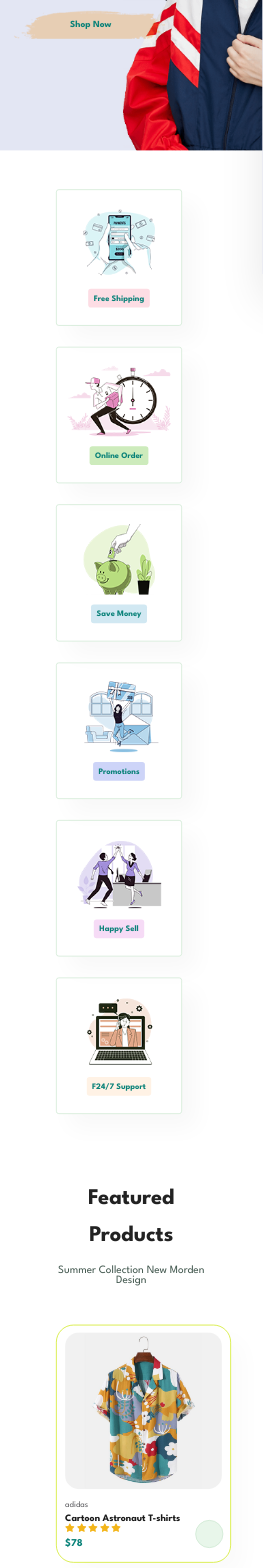
Repository: quy261001/cara
Page: index.html
The author's editor kept a copy of each file at every save. The page is drawn from the files as they stood at one save, then again after the next save.
The browser window is 375 px wide. The pictures show the part of the page from y = 409 to 2649 px (the page is 10728 px tall before and 10401 px after), at 70% of full size.

Above is the page before, as saved 2022-05-03 00:10:28.

### index.html
<!DOCTYPE html>
<html lang="en">
<head>
  <meta charset="UTF-8">
  <meta http-equiv="X-UA-Compatible" content="IE=edge">
  <meta name="viewport" content="width=device-width, initial-scale=1.0">
  <link rel="stylesheet" href="style.css">
  <title>Cara</title>
</head>
<body>
  <section class="header">
    <a href="#"><img src="img/logo.png" class="logo" alt=""></a>

    <div>
      <ul class="navbar">
        <li><a class="active" href="index.html">Home</a></li>
        <li><a href="shop.html">Shop</a></li>
        <li><a href="blog.html">Blog</a></li>
        <li><a href="about.html">About</a></li>
        <li><a href="contact.html">Contact</a></li>
        <li class="lg-bag"><a href="cart.html"><i class="far fa-shopping-bag"></i></a></li>
        <a href="#" class="close"><i class="far fa-times"></i></a>
      </ul>
    </div>
    <div class="mobile">
      <a href="cart.html"><i class="menu far fa-shopping-bag"></i></a>
      <div class="bar">
        <i class=" fas fa-outdent"></i>
      </div>
    </div>
  </section>

  <section class="hero">
    <h4>Trade-in-offer</h4>
    <h2>Super value deals</h2>
    <h1>On all products</h1>
    <p>Save more with coupon & up to 70% off!</p>
    <button>Shop Now</button>
  </section>

  <section class="feature section-p1">
    <div class="fe-box">
      <img src="img/features/f1.png" alt="">
      <h6>Free Shipping</h6>
    </div>
    <div class="fe-box">
      <img src="img/features/f2.png" alt="">
      <h6>Online Order</h6>
    </div>
    <div class="fe-box">
      <img src="img/features/f3.png" alt="">
      <h6>Save Money</h6>
    </div>
    <div class="fe-box">
      <img src="img/features/f4.png" alt="">
      <h6>Promotions</h6>
    </div>
    <div class="fe-box">
      <img src="img/features/f5.png" alt="">
      <h6>Happy Sell</h6>
    </div>
    <div class="fe-box">
      <img src="img/features/f6.png" alt="">
      <h6>F24/7 Support</h6>
    </div>
  </section>

  <section class="product1 section-p1">
    <h2>Featured Products</h2>
    <p>Summer Collection New Morden Design</p>
    <div class="pro-container">
      <div class="pro">
        <img src="img/products/f1.jpg" alt="">
        <div class="des">
          <span>adidas</span>
          <h5>Cartoon Astronaut T-shirts</h5>
          <div class="star">
            <i class="fas fa-star"></i>
            <i class="fas fa-star"></i>
            <i class="fas fa-star"></i>
            <i class="fas fa-star"></i>
            <i class="fas fa-star"></i>
          </div>
          <h4>$78</h4>
        </div>
        <a href=""><i class="fal fa-shopping-cart cart"></i></a>
      </div>
      <div class="pro">
        <img src="img/products/f2.jpg" alt="">
        <div class="des">
          <span>adidas</span>
          <h5>Cartoon Astronaut T-shirts</h5>
          <div class="star">
            <i class="fas fa-star"></i>
            <i class="fas fa-star"></i>
            <i class="fas fa-star"></i>
            <i class="fas fa-star"></i>
            <i class="fas fa-star"></i>
          </div>
          <h4>$78</h4>
        </div>
        <a href=""><i class="fal fa-shopping-cart cart"></i></a>
      </div>
      <div class="pro">
        <img src="img/products/f3.jpg" alt="">
        <div class="des">
          <span>adidas</span>
          <h5>Cartoon Astronaut T-shirts</h5>
          <div class="star">
            <i class="fas fa-star"></i>
            <i class="fas fa-star"></i>
            <i class="fas fa-star"></i>
            <i class="fas fa-star"></i>
            <i class="fas fa-star"></i>
          </div>
          <h4>$78</h4>
        </div>
        <a href=""><i class="fal fa-shopping-cart cart"></i></a>
      </div>
      <div class="pro">
        <img src="img/products/f4.jpg" alt="">
        <div class="des">
          <span>adidas</span>
          <h5>Cartoon Astronaut T-shirts</h5>
          <div class="star">
            <i class="fas fa-star"></i>
            <i class="fas fa-star"></i>
            <i class="fas fa-star"></i>
            <i class="fas fa-star"></i>
            <i class="fas fa-star"></i>
          </div>
          <h4>$78</h4>
        </div>
        <a href=""><i class="fal fa-shopping-cart cart"></i></a>
      </div>
      <div class="pro">
        <img src="img/products/f5.jpg" alt="">
        <div class="des">
          <span>adidas</span>
          <h5>Cartoon Astronaut T-shirts</h5>
          <div class="star">
            <i class="fas fa-star"></i>
            <i class="fas fa-star"></i>
            <i class="fas fa-star"></i>
            <i class="fas fa-star"></i>
            <i class="fas fa-star"></i>
          </div>
          <h4>$78</h4>
        </div>
        <a href=""><i class="fal fa-shopping-cart cart"></i></a>
      </div>
      <div class="pro">
        <img src="img/products/f6.jpg" alt="">
        <div class="des">
          <span>adidas</span>
          <h5>Cartoon Astronaut T-shirts</h5>
          <div class="star">
            <i class="fas fa-star"></i>
            <i class="fas fa-star"></i>
            <i class="fas fa-star"></i>
            <i class="fas fa-star"></i>
            <i class="fas fa-star"></i>
          </div>
          <h4>$78</h4>
        </div>
        <a href=""><i class="fal fa-shopping-cart cart"></i></a>
      </div>
      <div class="pro">
        <img src="img/products/f7.jpg" alt="">
        <div class="des">
          <span>adidas</span>
          <h5>Cartoon Astronaut T-shirts</h5>
          <div class="star">
            <i class="fas fa-star"></i>
            <i class="fas fa-star"></i>
            <i class="fas fa-star"></i>
            <i class="fas fa-star"></i>
            <i class="fas fa-star"></i>
          </div>
          <h4>$78</h4>
        </div>
        <a href=""><i class="fal fa-shopping-cart cart"></i></a>
      </div>
      <div class="pro">
        <img src="img/products/f8.jpg" alt="">
        <div class="des">
          <span>adidas</span>
          <h5>Cartoon Astronaut T-shirts</h5>
          <div class="star">
            <i class="fas fa-star"></i>
            <i class="fas fa-star"></i>
            <i class="fas fa-star"></i>
            <i class="fas fa-star"></i>
            <i class="fas fa-star"></i>
          </div>
          <h4>$78</h4>
        </div>
        <a href=""><i class="fal fa-shopping-cart cart"></i></a>
      </div>
    </div>

  </section>

  <section class="banner section-m1">
    <h4>Repair Services</h4>
    <h2>Up to <span>70% Off</span> All t-shirts & Accessories</h2>
    <button class="normal">Explore More</button>
  </section>

  <section class="product1 section-p1">
    <h2>New Arrivals</h2>
    <p>Summer Collection New Morden Design</p>
    <div class="pro-container">
      <div class="pro">
        <img src="img/products/n1.jpg" alt="">
        <div class="des">
          <span>adidas</span>
          <h5>Cartoon Astronaut T-shirts</h5>
          <div class="star">
            <i class="fas fa-star"></i>
            <i class="fas fa-star"></i>
            <i class="fas fa-star"></i>
            <i class="fas fa-star"></i>
            <i class="fas fa-star"></i>
          </div>
          <h4>$78</h4>
        </div>
        <a href=""><i class="fal fa-shopping-cart cart"></i></a>
      </div>
      <div class="pro">
        <img src="img/products/n2.jpg" alt="">
        <div class="des">
          <span>adidas</span>
          <h5>Cartoon Astronaut T-shirts</h5>
          <div class="star">
            <i class="fas fa-star"></i>
            <i class="fas fa-star"></i>
            <i class="fas fa-star"></i>
            <i class="fas fa-star"></i>
            <i class="fas fa-star"></i>
          </div>
          <h4>$78</h4>
        </div>
        <a href=""><i class="fal fa-shopping-cart cart"></i></a>
      </div>
      <div class="pro">
        <img src="img/products/n3.jpg" alt="">
        <div class="des">
          <span>adidas</span>
          <h5>Cartoon Astronaut T-shirts</h5>
          <div class="star">
            <i class="fas fa-star"></i>
            <i class="fas fa-star"></i>
            <i class="fas fa-star"></i>
            <i class="fas fa-star"></i>
            <i class="fas fa-star"></i>
          </div>
          <h4>$78</h4>
        </div>
        <a href=""><i class="fal fa-shopping-cart cart"></i></a>
      </div>
      <div class="pro">
        <img src="img/products/n4.jpg" alt="">
        <div class="des">
          <span>adidas</span>
          <h5>Cartoon Astronaut T-shirts</h5>
          <div class="star">
            <i class="fas fa-star"></i>
            <i class="fas fa-star"></i>
            <i class="fas fa-star"></i>
            <i class="fas fa-star"></i>
            <i class="fas fa-star"></i>
          </div>
          <h4>$78</h4>
        </div>
        <a href=""><i class="fal fa-shopping-cart cart"></i></a>
      </div>
      <div class="pro">
        <img src="img/products/n5.jpg" alt="">
        <div class="des">
          <span>adidas</span>
          <h5>Cartoon Astronaut T-shirts</h5>
          <div class="star">
            <i class="fas fa-star"></i>
            <i class="fas fa-star"></i>
            <i class="fas fa-star"></i>
            <i class="fas fa-star"></i>
            <i class="fas fa-star"></i>
          </div>
          <h4>$78</h4>
        </div>
        <a href=""><i class="fal fa-shopping-cart cart"></i></a>
      </div>
      <div class="pro">
        <img src="img/products/n6.jpg" alt="">
        <div class="des">
          <span>adidas</span>
          <h5>Cartoon Astronaut T-shirts</h5>
          <div class="star">
            <i class="fas fa-star"></i>
            <i class="fas fa-star"></i>
            <i class="fas fa-star"></i>
            <i class="fas fa-star"></i>
            <i class="fas fa-star"></i>
          </div>
          <h4>$78</h4>
        </div>
        <a href=""><i class="fal fa-shopping-cart cart"></i></a>
      </div>
      <div class="pro">
        <img src="img/products/n7.jpg" alt="">
        <div class="des">
          <span>adidas</span>
          <h5>Cartoon Astronaut T-shirts</h5>
          <div class="star">
            <i class="fas fa-star"></i>
            <i class="fas fa-star"></i>
            <i class="fas fa-star"></i>
            <i class="fas fa-star"></i>
            <i class="fas fa-star"></i>
          </div>
          <h4>$78</h4>
        </div>
        <a href=""><i class="fal fa-shopping-cart cart"></i></a>
      </div>
      <div class="pro">
        <img src="img/products/n8.jpg" alt="">
        <div class="des">
          <span>adidas</span>
          <h5>Cartoon Astronaut T-shirts</h5>
          <div class="star">
            <i class="fas fa-star"></i>
            <i class="fas fa-star"></i>
            <i class="fas fa-star"></i>
            <i class="fas fa-star"></i>
            <i class="fas fa-star"></i>
          </div>
          <h4>$78</h4>
        </div>
        <a href=""><i class="fal fa-shopping-cart cart"></i></a>
      </div>
    </div>

  </section>

  <section class="sm-banner section-p1">
      <div class="banner-box">
        <h4>crazy deals</h4>
        <h2>buy 1 get 1 free</h2>
        <span>The best classic dress is on sale at cara</span>
        <button class="while">Learn More</button>
      </div>
      <div class="banner-box banner-box2">
        <h4>spring/sumer</h4>
        <h2>upcomming season</h2>
        <span>The best classic dress is on sale at cara</span>
        <button class="while">Collection</button>
      </div>
  </section>

  <div class="banner3 section-p1">
    <div class="banner-box">
      <h2>SEASONAL SALE</h2>
      <h3>Winter Collection -50% OFF</h3>
    </div>
    <div class="banner-box banner-box2">
      <h2>NEW FOOTWEAR COLLECTION</h2>
      <h3>Spring / Summer 2022</h3>
    </div>
    <div class="banner-box banner-box3">
      <h2>T-SHIRTS</h2>
      <h3>New Trendy Prints</h3>
    </div>
  </div>

  <section class="newsletter section-p1 section-m1">
      <div class="newstext">
          <h4>Sign Up For newsletters</h4>
          <p>Get E-mail updates about our latest shop and <span>special offers</span></p>
      </div>
      <div class="form">
        <input type="text" placeholder="Your email address">
        <button class="normal">Sign Up </button>
      </div>
  </section>

  <footer class="section-p1">
    <div class="col">
      <img class="logo" src="img/logo.png" alt="">
      <h4>Contact</h4>
      <p><strong>Address: </strong>562 Wellington Road, Street 32, San Francisco</p>
      <p><strong>Phone: </strong>+01 2222 365 /(+91) 01 2345 6789</p>
      <p><strong>Hours: </strong>10:00 - 18:00, Mon - Sat</p>
      <div class="follow">
        <h4>Follow us</h4>
        <div class="icon">
          <i class="fab fa-facebook-f"></i>
          <i class="fab fa-twitter"></i>
          <i class="fab fa-instagram"></i>
          <i class="fab fa-pinterest-p"></i>
          <i class="fab fa-youtube"></i>
        </div>
      </div>
    </div>

    <div class="col">
      <h4>About</h4>
      <a href="#">About us</a>
      <a href="#">Delivery Information</a>
      <a href="#">Privacy Policy</a>
      <a href="#">Terms & Conditions</a>
      <a href="#">Contact Us</a>
    </div>

    <div class="col">
      <h4>My Account</h4>
      <a href="#">Account</a>
      <a href="#">Sign In</a>
      <a href="#">View Cart</a>
      <a href="#">My Wishlist</a>
      <a href="#">Track My Order</a>
      <a href="#">Help</a>
    </div>

    <div class="col install">
      <h4>Install App</h4>
      <p>From App Store or Google Play</p>
      <div class="row">
        <img src="img/pay/app.jpg" alt="">
        <img src="img/pay/play.jpg" alt="">
      </div>
      <p>Secured Payment Gateways</p>
      <img src="img/pay/pay.png" alt="">
    </div>
  </footer>
  <section>
    <div class="copyright">
      <p>@ 2021, Teach2 etc - HTML CSS Ecommerce Template</p>
    </div>
  </section>
  <script src="script.js"></script>
  <script defer src="https://pro.fontawesome.com/releases/v5.15.4/js/all.js"></script>
</body>
</html>

### style.css
@import url('https://fonts.googleapis.com/css2?family=League+Spartan:wght@100;200;300;400;500;600;700;800;900&display=swap');
* {
  margin: 0;
  padding: 0;
  box-sizing: border-box;
  font-family: 'League Spartan', sans-serif;
}
h1 {
  font-size: 50px;
  line-height: 64px;
  color: #222;
}
h2 {
  font-size: 46px;
  line-height: 53px;
  color: #222;
}
h4 {
  font-size: 20px;
  color: #222;
}
h6 {
  font-weight: 700;
  font-size: 12px;
}
p {
  font-size: 16px;
  color: #465b52;
  margin: 15px 0 20px 0;
}
.section-p1 {
  padding: 40px 80px;
}
.section-m1 {
  margin: 40px 0;
}
button.normal {
  font-size: 14px;
  font-weight: 600;
  padding: 15px 30px;
  color: #000;
  background-color: #fff;
  border-radius: 4px;
  cursor: pointer;
  border: none;
  outline: none;
  transition: 0.2s;
}
button.while {
  font-size: 13px;
  font-weight: 600;
  padding: 11px 22px;
  color: #000;
  background-color: transparent;
  cursor: pointer;
  border: 1px solid #fff;
  outline: none;
  transition: 0.2s;
}
body {
  width: 100%;
}

/* Header-start */
.header {
  display: flex;
  justify-content: space-between;
  align-items: center;
  padding: 20px 80px;
  background-color: #E3E6F3;
  box-shadow: 0 5px 15px rgba(0, 0, 0, 0.06);
  z-index: 999;
  position: sticky;
  top: 0;
  left: 0;
}

.navbar {
  display: flex;
  align-items: center;
  justify-content: center;
}

.navbar li {
  list-style: none;
  padding: 0 20px;
  position: relative;
}

.navbar li a {
  text-decoration: none;
  font-size:16px;
  font-weight: 600;
  color: #1a1a1a;
  transition: 0.3s ease;
}

.navbar li a:hover,
.navbar li a.active {
  color: #088178;
}

.navbar li a.active::after,
.navbar li a:hover::after {
  content: "";
  width: 30%;
  height: 2px;
  background-color: #088178;
  position: absolute;
  bottom: -4px;
  left: 20px;
}
.mobile {
  display: none;
  align-items: center;
}
.close {
  display: none;
}
/* Home page */
.hero {
  background-image: url("img/hero4.png");
  height: 90vh;
  width: 100%;
  background-position: top 25% right 0;
  background-size: cover;
  display: flex;
  justify-content: center;
  align-items: flex-start;
  flex-direction: column;
  padding: 0 80px;
}

.hero h4 {
  padding-bottom: 15px;
}

.hero h1 {
  color: #088178;
}

.hero button {
  background-image: url("img/button.png");
  background-color: transparent;
  color: #088178;
  border: 0;
  padding: 14px 80px 14px 80px;
  background-repeat: no-repeat;
  cursor: pointer;
  font-weight: 700;
}

.feature {
  display: flex;
  align-items: center;
  justify-content: space-between;
  flex-wrap: wrap;
}

.feature .fe-box {
   width: 180px;
   text-align: center;
   padding: 25px 15px;
   box-shadow: 20px 20px 34px rgba(0, 0, 0, 0.03);
   border: 1px solid #cce7d0;
   border-radius: 4px;
   margin: 15px 0;
}

.feature .fe-box:hover {
  box-shadow: 10px 10px 54px rgba(70, 62, 221, 0.1);
}
.feature .fe-box img {
  width: 100%;
  margin-bottom: 10px;
}
.feature .fe-box h6 {
  display: inline-block;
  padding: 9px 8px 6px 8px;
  line-height: 1;
  border-radius: 4px;
  color: #088178;
  background-color: #fddde4;
}
.feature .fe-box:nth-child(2) h6 {
  background-color: #cdebbc;
}
.feature .fe-box:nth-child(3) h6 {
  background-color: #d1e8f2;
}
.feature .fe-box:nth-child(4) h6 {
  background-color: #cdd4f8;
}
.feature .fe-box:nth-child(5) h6 {
  background-color: #f6dbf6;
}
.feature .fe-box:nth-child(6) h6 {
  background-color: #fff2e5;
}

.product1 {
  text-align: center;
}
.product1 .pro-container {
  display: flex;
  justify-content: space-between;
  flex-wrap: wrap;
  padding-top: 20px;
}
.product1 .pro {
  position: relative;
  width: 23%;
  min-width: 250px;
  padding: 10px 12px;
  border: 1px solid #cce70d;
  border-radius: 25px;
  cursor: pointer;
  box-shadow: 20px 20px 30px rgba(0, 0, 0, 0.02);
  margin: 15px 0;
  transition: 0.2s ease;
}
.product1 .pro:hover {
  box-shadow: 20px 20px 30px rgba(0, 0, 0, 0.06);
}
.product1 .pro img {
  width: 100%;
  border-radius: 20px;
}
.product1 .pro .des {
  text-align: start;
  padding: 10px 0;
}
.product1 .pro .des span {
  color: #606063;
  font-size: 12px;
}
.product1 .pro .des h5 {
  padding-top: 7px;
  color: #1a1a1a;
  font-size: 14px;
}
.star {
  font-size: 12px;
  color: rgb(243, 181, 25);
}
.product1 .pro .des h4 {
  padding-top: 7px;
  font-size: 15px;
  font-weight: 700;
  color: #088178;
}
.product1 .pro .cart {
  width: 40px;
  height: 40px;
  line-height: 40px;
  border-radius: 50px;
  background-color: #e8f6ea;
  font-weight: 500;
  color: #088178;
  border: 1px solid #cce7d0;
  padding: 10px;
  position: absolute;
  bottom: 20px;
  right: 10px;
}

.banner {
  display: flex;
  flex-direction: column;
  justify-content: center;
  align-items: center;
  background-image: url("img/banner/b2.jpg");
  width: 100%;
  height: 40vh;
  background-size: cover;
  background-position: center;
}
.banner h4 {
  color: #fff;
  font-size: 16px;
}
.banner h2 {
  color: #fff;
  font-size: 30px;
  padding: 10px 0;
}
.banner h2 span {
  color: #ef3636;
}
.banner button:hover {
  background: #088178;
  color: #fff;
}

.sm-banner {
  display: flex;
  justify-content: space-between;
  flex-wrap: wrap;
}

.sm-banner .banner-box {
  display: flex;
  flex-direction: column;
  justify-content: center;
  align-items: flex-start;
  text-align: center;
  background-image: url("img/banner/b17.jpg");
  min-width: 49%;
  height: 50vh;
  background-size: cover;
  background-position: center;
  padding: 30px;
}
.sm-banner .banner-box2 {
  background-image: url("img/banner/b10.jpg");
}
.sm-banner h4 {
  color: #fff;
  font-size: 30px;
  font-weight: 300;
}
.sm-banner h2 {
  color: #fff;
  font-size: 38px;
  font-weight: 800;
}
.sm-banner span {
  color: #fff;
  font-size: 24px;
  font-weight: 500;
  margin-bottom: 15px;
}
.sm-banner .banner-box:hover button {
  background-color: #088178;
  border: 1px solid #088178;
}

.banner3 {
  display: flex;
  justify-content: space-between;
  flex-wrap: wrap;
}

.banner3 .banner-box {
  display: flex;
  flex-direction: column;
  justify-content: center;
  align-items: flex-start;
  text-align: center;
  background-image: url("img/banner/b7.jpg");
  min-width: 30%;
  height: 30vh;
  background-size: cover;
  background-position: center;
  padding: 20px;
  margin-bottom: 20px;
}

.banner3 .banner-box2 {
  background-image: url("img/banner/b4.jpg");
}

.banner3 .banner-box3 {
  background-image: url("img/banner/b18.jpg");
}

.banner3 h2 {
  color: #fff;
  font-weight: 900;
  font-size: 22px;
}

.banner3 h3 {
  color: #ec544e;
  font-weight: 800;
  font-size: 15px;
}

.newsletter {
  display: flex;
  justify-content: space-between;
  flex-wrap: wrap;
  align-items: center;
  background-image: url("img/banner/b14.png");
  background-repeat: no-repeat;
  background-position: 20% 30%;
  background-color: #041e42;
}
.newsletter h4 {
  font-size: 22px;
  font-weight: 700;
  color: #fff;
}
.newsletter p {
  font-size: 14px;
  font-weight: 600;
  color: #818ea0;
}
.newsletter p span {
  color: #ffbd27;
}

.newsletter .form {
  display: flex;
  width: 40%;
}

.newsletter input {
  height: 3.125rem;
  width: 24.125rem;
  padding: 0 1.25rem;
  font-size: 14px;
  border: 1px solid transparent;
  border-radius: 4px;
  outline: none;
  border-top-right-radius: 0;
  border-bottom-right-radius: 0;
}
.newsletter button {
  background-color: #088178;
  color: #fff;
  white-space: nowrap;
  padding:18px 30px;
  border-top-left-radius: 0;
  border-bottom-left-radius: 0;
}

footer {
  display: flex;
  flex-wrap: wrap;
  justify-content: space-between;
}
footer .col {
  display: flex;
  flex-direction: column;
  align-items: flex-start;
  margin-bottom: 20px;
}
footer .logo {
    margin-bottom: 30px;
}
footer h4 {
  font-size: 14px;
  margin-bottom: 20px;
}
footer p {
  font-size: 13px;
  margin: 0 0 8px 0;
}
footer a  {
  font-size: 13px;
  text-decoration: none;
  color: #222;
  margin-bottom: 10px;
}
footer .follow {
  margin-top: 20px;
}
footer .follow i {
  color: #456b52;
  padding-right: 4px;
  cursor: pointer;
}
footer .install .row img {
  border: 1px solid #088178;
  border-radius: 6px;
}
footer .install img {
  margin: 10px 0 15px 0;
}
footer .folow i:hover,
footer a:hover {
  color: #088178;
}
.copyright {
  width: 100%;
  text-align: center;
}

/* Start Media Query */

@media (max-width: 799px) {
  /* .section-p1 {
    padding: 40px 40px;
  } */
  .navbar {
    display: flex;
    flex-direction: column;
    align-items: flex-start;
    justify-content: flex-start;
    position: fixed;
    top: 0;
    right: -300px;
    height: 100vh;
    width: 300px;
    background-color: #E3E6F3;
    box-shadow: 0 40px 60px rgba(0, 0, 0, 0.1);
    padding: 80px 0 0 10px;
    transition: 0.3s;
  }
    .active {
    right: 0px;
  }
  .navbar li {
    margin-bottom: 25px;
  }
  .mobile {
    display: flex;
    align-items: center;
  }
  .mobile .menu {
    /* display: none; */
    color: #1a1a1a;
    font-size: 20px;
    margin-right: 20px;
  }
  .mobile .bar {
    color: #1a1a1a;
    font-size: 20px;
    padding-left: 10px;
  }
  .close {
    display: block;
    position: absolute;
    top: 30px;
    left: 30px;
    color: #222;
    font-size: 24px;
  }
  .lg-bag {
    display: none;
  }
  .hero {
    height: 70vh;
    padding: 0 80px;
    background-position: top 30% right 30%;
  }
  /* .feature {
    justify-content: center;
  }
  .feature .fe-box {
    margin: 15px 15px;
  } */
  .banner {
    height: 20vh;
  }
  .sm-banner .banner-box {
    min-width: 100%;
    height: 30vh;

  }
  .banner3 {
    padding: 0 40px;
  }
  .banner3 .banner-box {
    width: 28%;
  }
  .newsletter .form{
    width: 70%;
  }
}

@media (max-width: 477px) {
  .header {
    padding: 10px 30px;
  }
  h1 {
    font-size: 38px;
  }
  h2 {
    font-size: 32px;
  }
  .hero {
    padding: 0 20px;
    background-position: 55%;
  }
}

### script.js
const bar = document.querySelector(".bar");
const nav = document.querySelector(".navbar");
const close = document.querySelector(".close");
console.log(bar)
console.log(nav)
if(bar) {
  bar.addEventListener("click", () => {
    nav.classList.add("active");
  })
}
if(close) {
  close.addEventListener("click", () => {
    nav.classList.remove("active");
  })
}

After the next save:
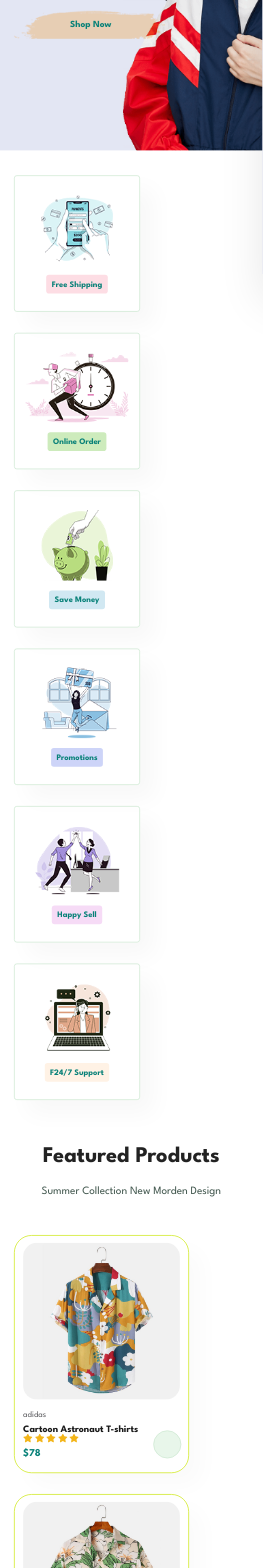
Saved 2 min 10 s later.
--- a/style.css
+++ b/style.css
@@ -561,6 +561,9 @@
 }
 
 @media (max-width: 477px) {
+  .section-p1 {
+    padding: 20px;
+  }
   .header {
     padding: 10px 30px;
   }

After the save that followed:
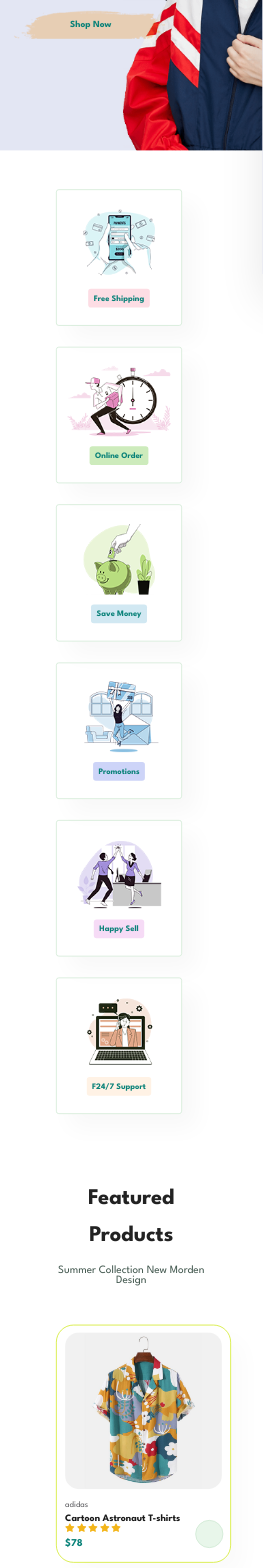
Saved 60 s later.
--- a/style.css
+++ b/style.css
@@ -562,7 +562,7 @@
 
 @media (max-width: 477px) {
   .section-p1 {
-    padding: 20px;
+    /* padding: 20px; */
   }
   .header {
     padding: 10px 30px;
